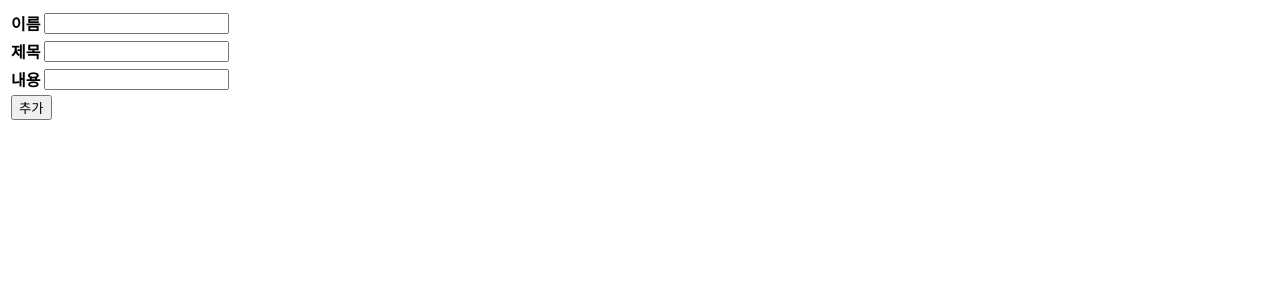
Repository: leedh909/Academy-web-
Page: http://localhost/Jsp01_MyBoard/myinsert.jsp
The author's editor kept a copy of each file at every save. The page is drawn from the files as they stood at one save, then again after the next save.
The browser window is 1280 px wide. The pictures show the whole page.
The page is served by Tomcat 9. Other server files are loaded and not shown.

Above is the page before, as saved 2020-06-26 07:50:18.

### 실습자료/eclipse-servlet/Jsp01_MyBoard/WebContent/myinsert.jsp
<%@ page language="java" contentType="text/html; charset=UTF-8"
    pageEncoding="UTF-8"%>
<% request.setCharacterEncoding("UTF-8");%>
<% response.setContentType("text/html; charset=UTF-8"); %>

<%@ page import="com.dao.MyBoardDao" %>
<%@ page import="com.dto.MyBoardDto" %>

<!DOCTYPE html>
<html>
<head>
<meta charset="UTF-8">
<title>Insert title here</title>
</head>
<body>

<form action="myinsert_res" method="post">
	<table>
		<tr>
			<th> 이름 </th>
			<td> <input type="text" name="myname" value=""></td>
		</tr>
		<tr>
			<th> 제목 </th>
			<td> <input type="text" name="mytitle" value=""></td>
		</tr>
		<tr>
			<th> 내용 </th>
			<td> <input type="textarea" col="10" row="40" name="mycontent" value=""></td>
		</tr>
		<tr>
			<td colspan="2"><input type="submit" value="추가"></td>
		</tr>
	</table>
</form>


</body>
</html>

After the next save:
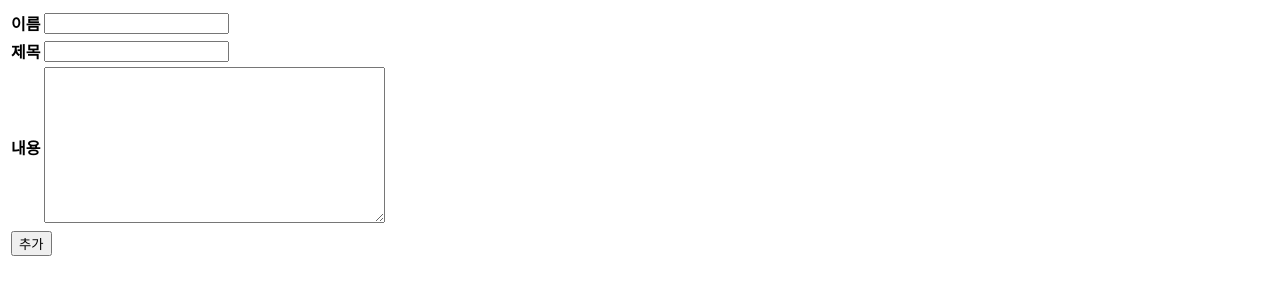
Saved 35 s later.
--- a/실습자료/eclipse-servlet/Jsp01_MyBoard/WebContent/myinsert.jsp
+++ b/실습자료/eclipse-servlet/Jsp01_MyBoard/WebContent/myinsert.jsp
@@ -26,7 +26,7 @@
 		</tr>
 		<tr>
 			<th> 내용 </th>
-			<td> <input type="textarea" col="10" row="40" name="mycontent" value=""></td>
+			<td> <textarea rows="10" cols="40" name="mycontent"></textarea> </td>
 		</tr>
 		<tr>
 			<td colspan="2"><input type="submit" value="추가"></td>
